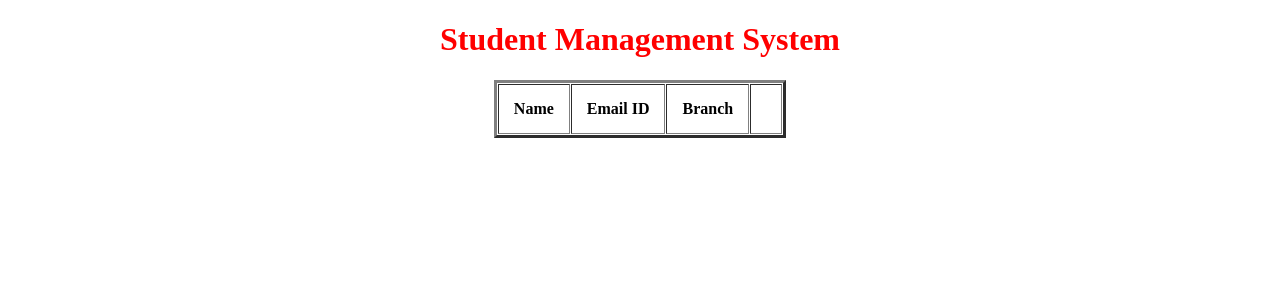
Repository: Aviligonda/Servlet_Programs
Page: http://localhost/StudentManagementSystem/viewStudent.jsp
The author's editor kept a copy of each file at every save. The page is drawn from the files as they stood at one save, then again after the next save.
The browser window is 1280 px wide. The pictures show the whole page.
The page is served by Tomcat 9. Queries for data that is not in the repository find no rows.

Above is the page before, as saved 2024-11-24 15:11:09.

After the next save:
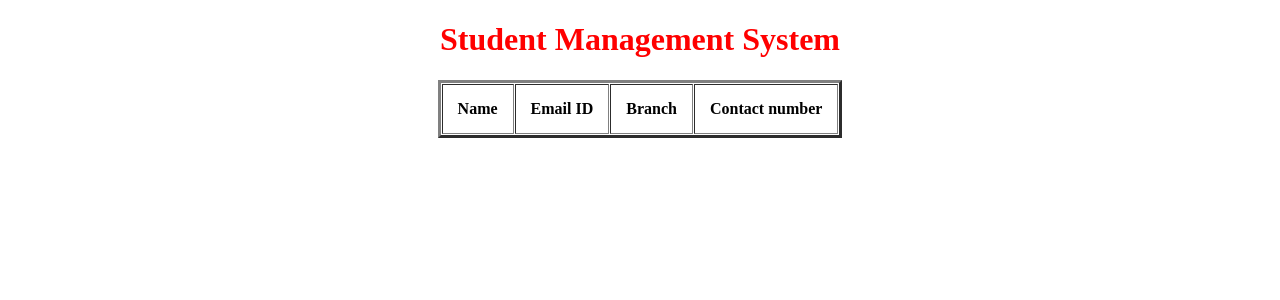
Saved 6 s later.
--- a/StudentManagementSystem/src/main/webapp/viewStudent.jsp
+++ b/StudentManagementSystem/src/main/webapp/viewStudent.jsp
@@ -18,7 +18,7 @@
 	Statement statement = connection.createStatement();
 	ResultSet resultSet = statement.executeQuery("select * from sms");
 	out.print("<table border='3' align='center' cellspacing='1' cellpadding='15'>");
-	out.print("<tr><th>Name</th><th>Email ID</th><th>Branch</th><th></th></tr>");
+	out.print("<tr><th>Name</th><th>Email ID</th><th>Branch</th><th>Contact number</th></tr>");
 	while(resultSet.next()){
 		out.println(resultSet.getString(1)+"\n "+resultSet.getString(2)+" "+resultSet.getString(3)+" "+resultSet.getString(4));
 		out.println("\n");
